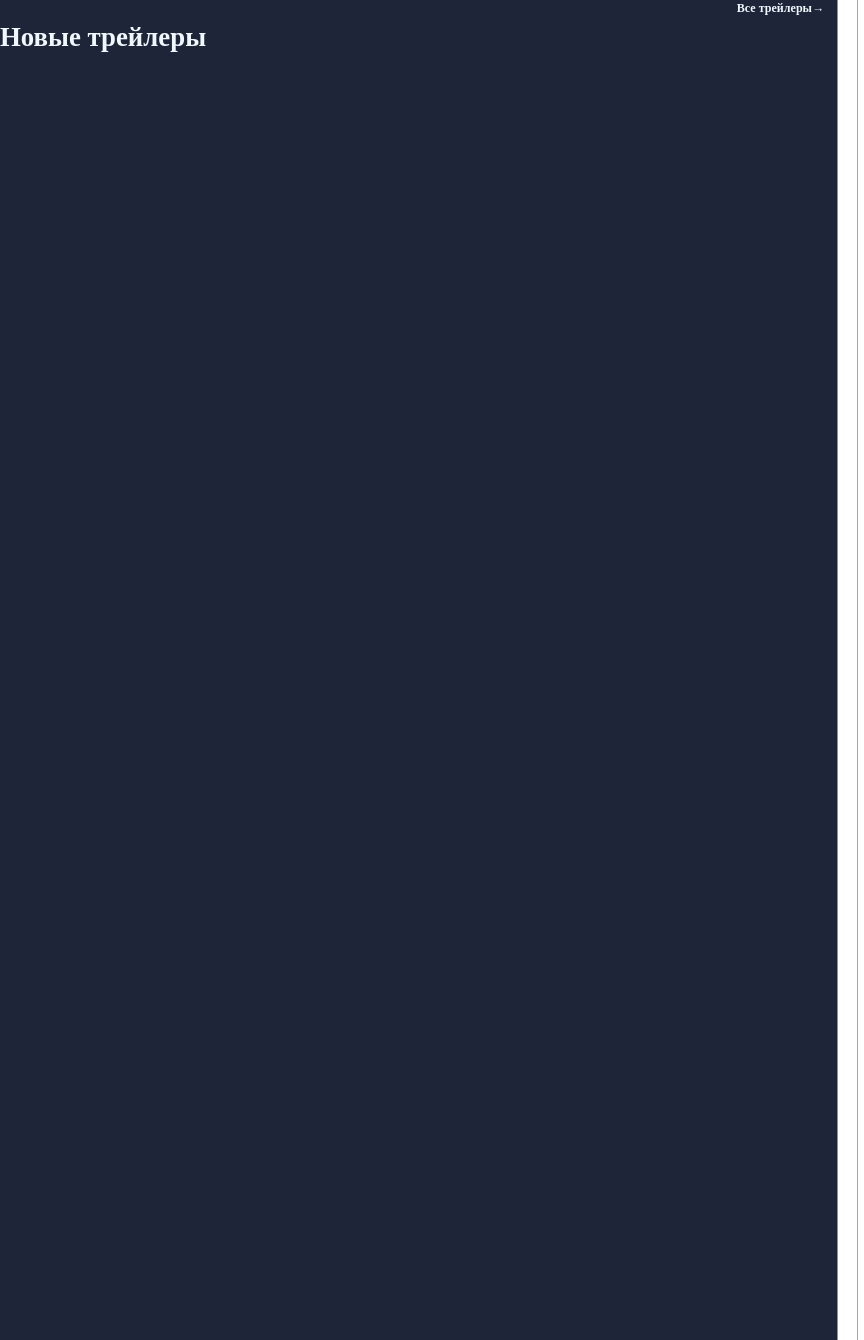
Repository: KHANas02/code
Page: index.html
An editor plug-in stored every save of this project. The page is shown before and after a run of saves, followed by the edit.
The browser window is 1280 px wide. The page is 1280 px wide, then 1290 px, so the pictures cover 1290 px, including what lies to the right of the window. The pictures show the whole page, at 67% of full size.

Above is the page before, as saved 2024-03-14 13:39:02.

After the next 3 saves:
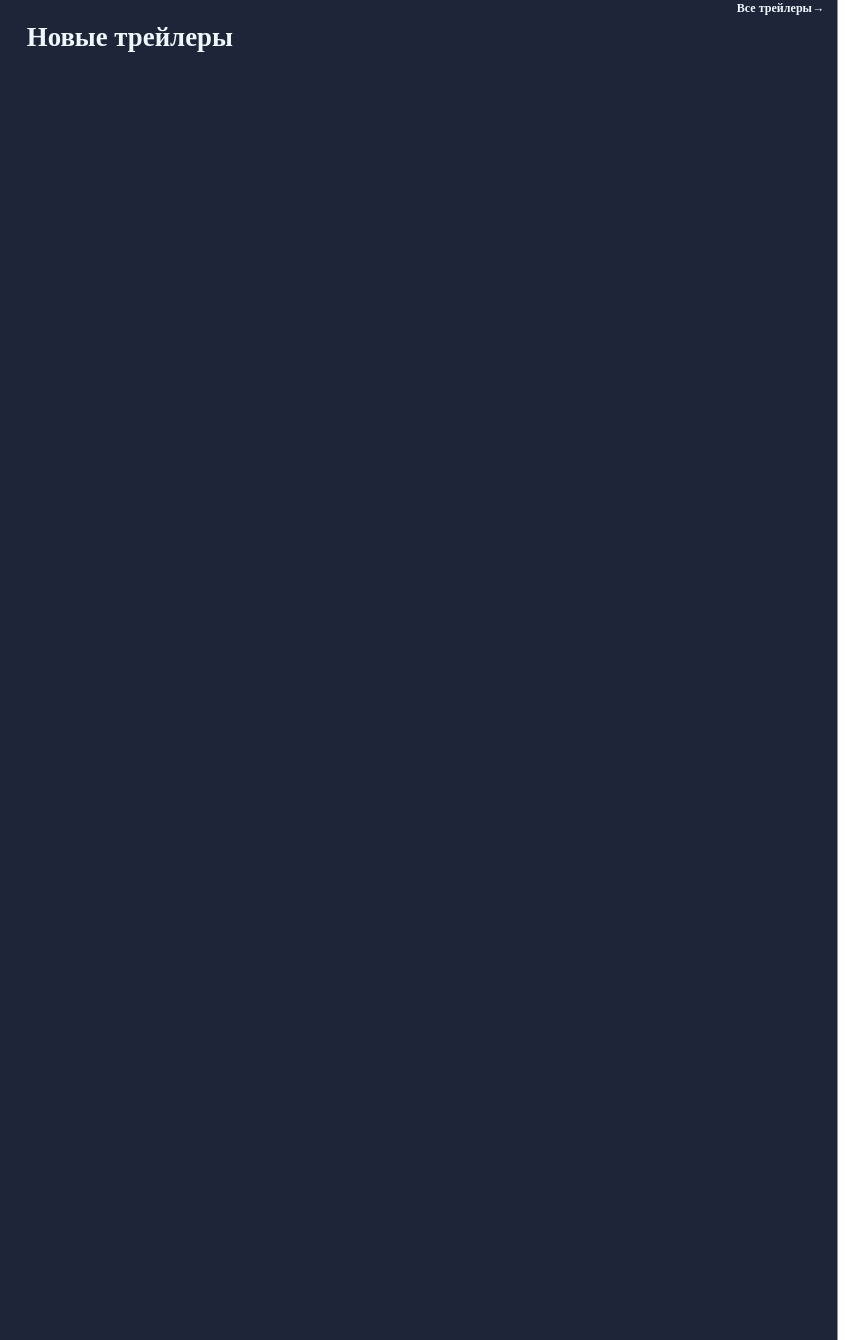
The 3 saves are shown as one change because they came seconds apart.
The last was saved 27 s later.
--- a/style.css
+++ b/style.css
@@ -23,6 +23,7 @@ b .text1 {
   text-align: left;
   position: relative;
   top: 30px;
+  left: 40px;
 }
 b .text2 {
   position: relative;
